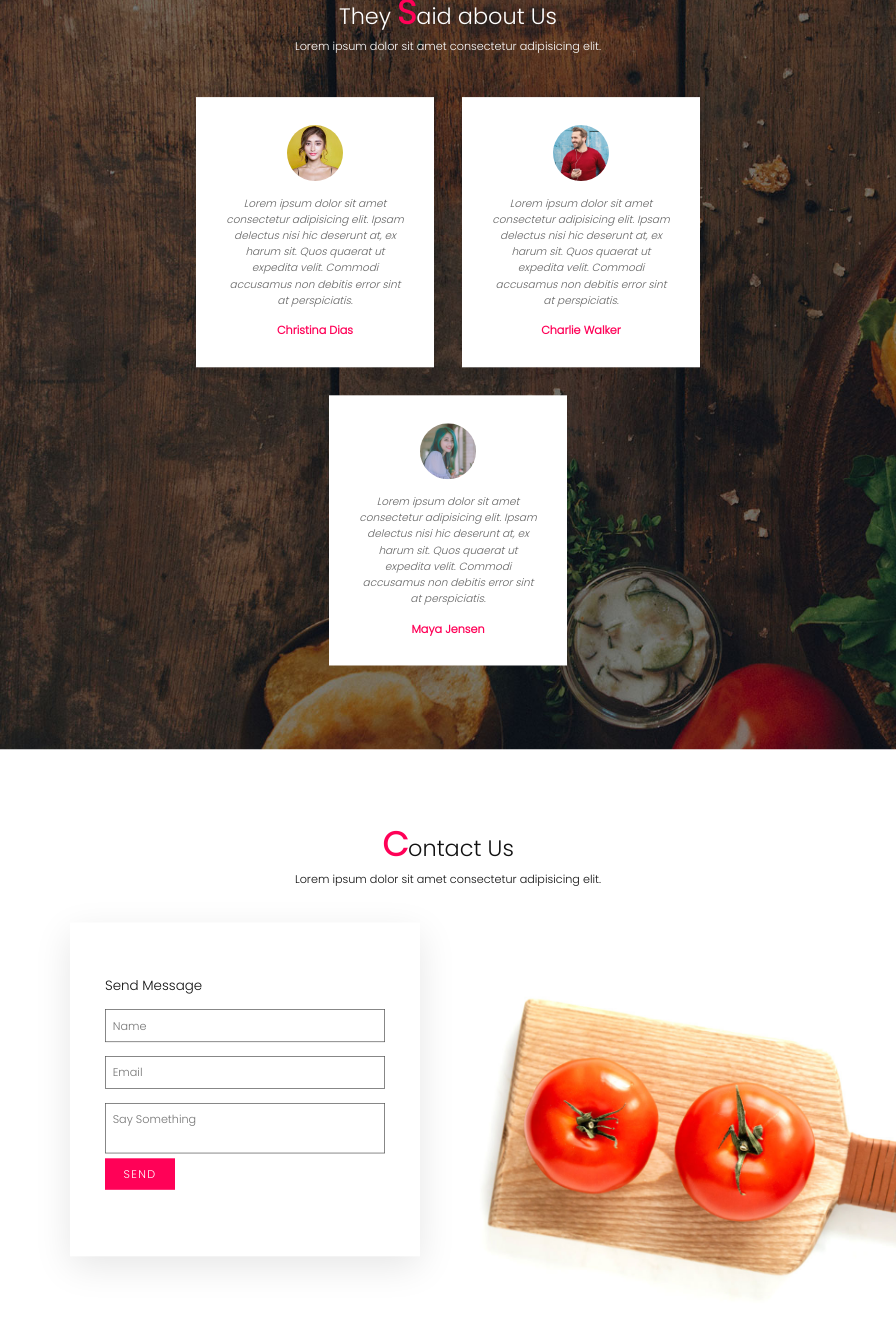
Repository: Adriandias1997/MobileFriendly_FoodWebsite
Page: index.html
These files come from the project's save history. The page is drawn as it stood at one moment and after the next save; the edit follows.
The browser window is 1280 px wide. The pictures show the part of the page from y = 4144 to 6064 px (the page is 6039 px tall before and 6064 px after), at 70% of full size.

Above is the page before, as saved 2020-10-16 19:34:48.

### index.html
<!DOCTYPE html>
<html lang="en">

<head>
    <meta charset="UTF-8">
    <meta name="viewport" content="width=device-width, initial-scale=1.0">
    <title>Food</title>
    <link rel="stylesheet" href="style.css">
</head>

<body>
    <header>
        <a href="#" class="logo">Food <span>Corner</span></a>
        <ul class="navigation">
            <li><a href="#banner">Home</a></li>
            <li><a href="#about">About Us</a></li>
            <li><a href="#menu">Menu</a></li>
            <li><a href="#expert">Expert</a></li>
            <li><a href="#testimonials">Testimonials</a></li>
            <li><a href="#contact">Contact</a></li>
        </ul>

    </header>
    <section class="banner" id="banner">
        <div class="content">
            <h2>Always choose Good</h2>
            <p>Lorem ipsum dolor sit amet consectetur adipisicing elit. Ipsam delectus nisi hic deserunt at, ex harum sit. Quos quaerat ut expedita velit. Commodi accusamus non debitis error sint at perspiciatis.</p>

            <a href="#" class="btn">Our Menu</a>
        </div>
    </section>

    <section class="about" id="about">
        <div class="row">
            <div class="col50">
                <h2 class="titleText"><span>A</span>bout Us</h2>
                <p>Lorem ipsum dolor sit amet consectetur adipisicing elit. Dolorum vero quam, at fuga facilis maiores consequatur! Quibusdam possimus debitis sed alias, provident fuga voluptatem, tempora eligendi aliquid quaerat laudantium repellat. Lorem
                    ipsum dolor sit amet consectetur adipisicing elit. Dolorum vero quam, at fuga facilis maiores consequatur! Quibusdam possimus debitis sed alias, provident fuga voluptatem, tempora eligendi aliquid quaerat laudantium repellat. Lorem
                    ipsum dolor sit amet consectetur adipisicing elit. Dolorum vero quam, at fuga facilis maiores consequatur! Quibusdam possimus debitis sed alias, provident fuga voluptatem, tempora eligendi aliquid quaerat laudantium repellat.
                </p>
            </div>
            <div class="col50">
                <div class="imgBx">
                    <img src="./Images/img1.jpg" alt="">
                </div>
            </div>
        </div>
    </section>

    <section class="menu" id="menu">
        <div class="title">
            <h2 class="titleText">Our <span>M</span>enu</h2>
            <p>Lorem ipsum dolor sit amet consectetur adipisicing elit.
            </p>
        </div>
        <div class="content">
            <div class="box">
                <div class="imgBx">
                    <img src="Images/menu1.jpg" alt="">
                </div>
                <div class="text">
                    <h3>Special Salads</h3>
                </div>
            </div>
            <div class="box">
                <div class="imgBx">
                    <img src="Images/menu2.jpg" alt="">
                </div>
                <div class="text">
                    <h3>Special Soups</h3>
                </div>
            </div>
            <div class="box">
                <div class="imgBx">
                    <img src="Images/menu3.jpg" alt="">
                </div>
                <div class="text">
                    <h3>Special Pasta</h3>
                </div>
            </div>
            <div class="box">
                <div class="imgBx">
                    <img src="Images/menu4.jpg" alt="">
                </div>
                <div class="text">
                    <h3>Special Salads</h3>
                </div>
            </div>
            <div class="box">
                <div class="imgBx">
                    <img src="Images/menu5.jpg" alt="">
                </div>
                <div class="text">
                    <h3>Special Soups</h3>
                </div>
            </div>
            <div class="box">
                <div class="imgBx">
                    <img src="Images/menu6.jpg" alt="">
                </div>
                <div class="text">
                    <h3>Special Salads</h3>
                </div>
            </div>
        </div>
        <div class="title">
            <a href="#" class="btn">
                View All
            </a>
        </div>
    </section>
    <section class="expert" id="expert">
        <div class="title">
            <h2 class="titleText">Our Kitchen <span>E</span>xpert</h2>
            <p>Lorem ipsum dolor sit amet consectetur adipisicing elit.
            </p>
        </div>
        <div class="content">
            <div class="box">
                <div class="imgBx">
                    <img src="Images/expert1.jpg" alt="">
                </div>
                <div class="text">
                    <h3>Tyler Brook</h3>
                </div>
            </div>
            <div class="box">
                <div class="imgBx">
                    <img src="Images/expert2.jpg" alt="">
                </div>
                <div class="text">
                    <h3>Dino Blok</h3>
                </div>
            </div>
            <div class="box">
                <div class="imgBx">
                    <img src="Images/expert3.jpg" alt="">
                </div>
                <div class="text">
                    <h3>Melanie Sasha</h3>
                </div>
            </div>
            <div class="box">
                <div class="imgBx">
                    <img src="Images/expert4.jpg" alt="">
                </div>
                <div class="text">
                    <h3>Bevon Gomez</h3>
                </div>
            </div>
        </div>
    </section>

    <section class="testimonials" id="testimonials">
        <div class="title white">
            <h2 class="titleText">They <span>S</span>aid about Us</h2>
            <p>Lorem ipsum dolor sit amet consectetur adipisicing elit.
            </p>
        </div>
        <div class="content">
            <div class="box">

                <div class="imgBx">
                    <img src="Images/testi1.jpg" alt="">
                </div>
                <div class="text">
                    <p>Lorem ipsum dolor sit amet consectetur adipisicing elit. Ipsam delectus nisi hic deserunt at, ex harum sit. Quos quaerat ut expedita velit. Commodi accusamus non debitis error sint at perspiciatis.
                    </p>
                    <h3>Christina Dias</h3>
                </div>
            </div>
            <div class="box">

                <div class="imgBx">
                    <img src="Images/testi2.jpg" alt="">
                </div>
                <div class="text">
                    <p>Lorem ipsum dolor sit amet consectetur adipisicing elit. Ipsam delectus nisi hic deserunt at, ex harum sit. Quos quaerat ut expedita velit. Commodi accusamus non debitis error sint at perspiciatis.
                    </p>
                    <h3>Charlie Walker</h3>
                </div>
            </div>
            <div class="box">

                <div class="imgBx">
                    <img src="Images/testi3.jpg" alt="">
                </div>
                <div class="text">
                    <p>Lorem ipsum dolor sit amet consectetur adipisicing elit. Ipsam delectus nisi hic deserunt at, ex harum sit. Quos quaerat ut expedita velit. Commodi accusamus non debitis error sint at perspiciatis.
                    </p>
                    <h3>Maya Jensen</h3>
                </div>
            </div>
        </div>
    </section>

    <section class="contact" id="contact">
        <div class="title">
            <h2 class="titleText"><span>C</span>ontact Us</h2>
            <p>Lorem ipsum dolor sit amet consectetur adipisicing elit.
            </p>
        </div>
        <div class="contactForm">
            <h3>Send Message</h3>
            <div class="inputBox">
                <input type="text" placeholder="Name">
            </div>
            <div class="inputBox">
                <input type="text" placeholder="Email">
            </div>
            <div class="inputBox">
                <textarea placeholder="Say Something"></textarea>

                <div class="inputBox">
                    <input type="submit" value="send">
                </div>

            </div>
    </section>
    <div class="copyrightText">

    </div>
    <script src="index.js"></script>
</body>

</html>

### style.css
        @import url("https://fonts.googleapis.com/css2?family=Poppins:wght@300&display=swap");
        * {
            margin: 0;
            padding: 0;
            box-sizing: border-box;
            font-family: "Poppins", sans-serif;
            scroll-behavior: smooth;
        }

        p {
            font-weight: 300;
            color: #111;
        }
        /* body {
    min-height: 1000px;
} */

        .banner {
            position: relative;
            width: 100%;
            min-height: 100vh;
            display: flex;
            justify-content: center;
            align-items: center;
            background: url(./Images/bg.jpg);
            background-size: cover;
        }

        .banner .content {
            max-width: 900px;
            text-align: center;
        }

        .banner .content h2 {
            font-size: 5em;
            color: #fff;
        }

        .banner .content p {
            font-size: 1em;
            color: #fff;
        }

        .btn {
            font-size: 1em;
            color: #fff;
            background: #ff0157;
            display: inline-block;
            padding: 10px 30px;
            text-transform: uppercase;
            text-decoration: none;
            letter-spacing: 2px;
            transition: 0.5s;
        }

        .btn:hover {
            background-color: #fff;
            color: #ff0157;
            letter-spacing: 6px;
        }

        header {
            position: fixed;
            top: 0;
            left: 0;
            width: 100%;
            padding: 40px 100px;
            z-index: 10000;
            display: flex;
            justify-content: space-between;
            align-items: center;
            transition: 0.5s;
        }

        header.sticky {
            background: #fff;
            padding: 10px 100px;
            box-shadow: 0 5px 20px rgba(0, 0, 0, 0.05);
        }

        header .logo {
            color: #fff;
            font-weight: 700;
            text-decoration: none;
            font-size: 2em;
        }

        header.sticky .logo {
            color: #111;
        }

        header .logo span {
            color: #ff0157;
        }

        header .navigation {
            position: relative;
            display: flex;
        }

        header .navigation li {
            list-style: none;
            margin-left: 30px;
        }

        header .navigation li a {
            text-decoration: none;
            color: #fff;
            font-weight: 300;
        }

        header.sticky .navigation li a {
            color: #111;
            font-weight: 300;
        }

        header .navigation li a:hover {
            color: #ff0157;
        }

        section {
            padding: 100px;
        }

        .row {
            position: relative;
            width: 100%;
            display: flex;
            justify-content: space-between;
        }

        .row .col50 {
            position: relative;
            width: 48%;
        }

        .titleText {
            color: #111;
            font-size: 2em;
            font-weight: 400;
        }

        .titleText span {
            color: #ff0157;
            font-size: 1.5em;
            font-weight: 700;
        }

        .row .col50 .imgBx {
            position: relative;
            width: 100%;
            height: 100%;
            /* min-height: 300px; */
        }

        .row .col50 .imgBx img {
            position: relative;
            top: 0;
            left: 0;
            width: 100%;
            height: 100%;
            object-fit: cover;
        }

        .title {
            width: 100%;
            display: flex;
            justify-content: center;
            align-items: center;
            flex-direction: column;
        }

        .menu .content {
            display: flex;
            justify-content: center;
            flex-direction: row-reverse;
            flex-wrap: wrap;
            margin-top: 40px;
        }

        .menu .content .box {
            width: 340px;
            margin: 20px;
            border: 15px solid #fff;
            box-shadow: 0 5px 20px rgba(0, 0, 0, 0.08);
        }

        .menu .content .box .imgBx {
            position: relative;
            width: 100%;
            height: 300px;
        }

        .menu .content .box .imgBx img {
            position: absolute;
            top: 0;
            left: 0;
            width: 100%;
            height: 100%;
            object-fit: cover;
        }

        .menu .content .box .text {
            padding: 15px 0 5px;
        }

        .menu .content .box .text h3 {
            font-weight: 400;
            color: #111;
        }

        .expert .content {
            display: flex;
            justify-content: center;
            align-items: center;
            flex-wrap: wrap;
            flex-direction: row;
            margin-top: 40px;
        }

        .expert .content .box {
            width: 250px;
            margin: 15px;
        }

        .expert .content .box .imgBx {
            position: relative;
            width: 100%;
            height: 300px;
        }

        .expert .content .box .imgBx img {
            position: absolute;
            top: 0;
            left: 0;
            width: 100%;
            height: 100%;
            object-fit: cover;
        }

        .expert .content .box .text {
            padding: 15px 0 5px;
        }

        .expert .content .box .text h3 {
            font-weight: 400;
            color: #111;
        }

        .testimonials {
            background: url(./Images/bg2.jpg);
            background-size: cover;
        }

        .white .titleText,
        .white p {
            color: #fff;
        }

        .testimonials .content {
            display: flex;
            justify-content: center;
            flex-wrap: wrap;
            flex-direction: row;
            margin-top: 40px;
        }

        .testimonials .content .box {
            width: 340px;
            margin: 20px;
            padding: 40px;
            background: #fff;
            display: flex;
            justify-content: center;
            align-items: center;
            flex-direction: column;
        }

        .testimonials .content .box .imgBx {
            position: relative;
            width: 80px;
            height: 80px;
            margin-bottom: 20px;
            border-radius: 50%;
            overflow: hidden;
        }

        .testimonials .content .box .imgBx img {
            position: absolute;
            top: 0;
            left: 0;
            width: 100%;
            height: 100%;
            object-fit: cover;
        }

        .testimonials .content .box .text {
            text-align: center;
        }

        .testimonials .content .box .text p {
            color: #666;
            font-style: italic;
            font-size: 15px;
        }

        .testimonials .content .box .text h3 {
            margin-top: 20px;
            color: #ff0157;
            font-size: 1em;
            font-weight: 600;
        }

        .contact {
            background: url(./Images/bg3.jpg);
            background-size: cover;
        }

        .contactForm {
            padding: 75px 50px;
            background: #fff;
            box-shadow: 0 15px 50px rgba(0, 0, 0, 0.1);
            max-width: 500px;
            margin-top: 50px;
        }

        .contactForm h3 {
            color: #111;
            font-size: 1.2em;
            margin-bottom: 20px;
            font-weight: 500;
        }

        .contactForm .inputBox {
            position: relative;
            width: 100%;
            margin-bottom: 20px;
        }

        .contactForm .inputBox input,
        .contactForm .inputBox textarea {
            width: 100%;
            border: 1px solid #555;
            padding: 10px;
            color: #111;
            outline: none;
            font-size: 16px;
            font-weight: 300;
            resize: none;
        }

        .contactForm .inputBox input[type='submit'] {
            font-size: 1em;
            color: #fff;
            background: #ff0157;
            display: inline-block;
            text-transform: uppercase;
            text-decoration: none;
            letter-spacing: 2px;
            transition: 0.5s;
            max-width: 100px;
            font-weight: 500;
            border: none;
            cursor: pointer;
        }

### index.js
window.addEventListener('scroll', function() {
    const header = document.querySelector('header');
    header.classList.toggle('sticky', window.scrollY > 0);
});

After the next save:
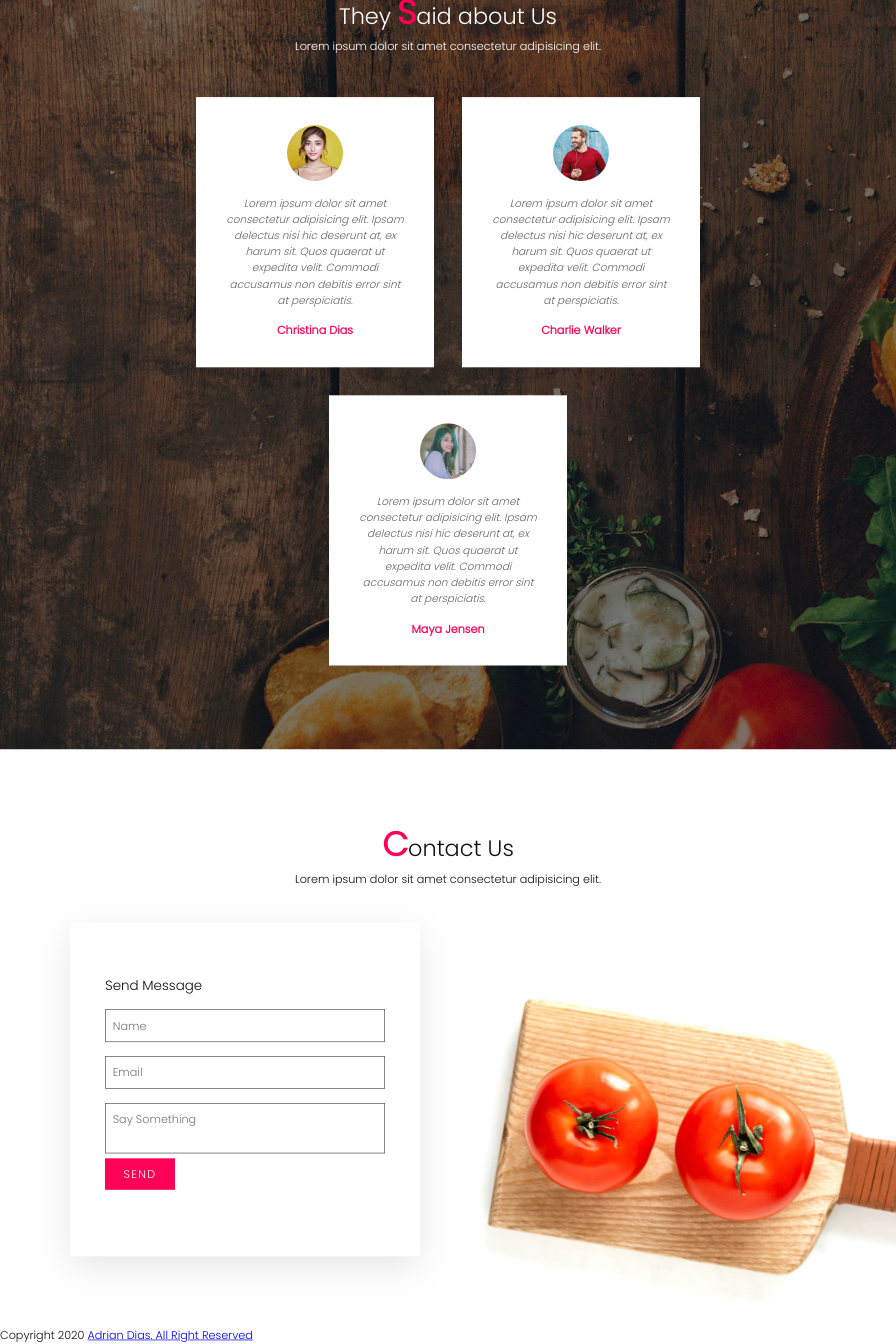
Saved 57 s later.
--- a/index.html
+++ b/index.html
@@ -218,6 +218,7 @@
             </div>
     </section>
     <div class="copyrightText">
+        <p>Copyright 2020 <a href="#">Adrian Dias. All Right Reserved</a></p>
 
     </div>
     <script src="index.js"></script>
